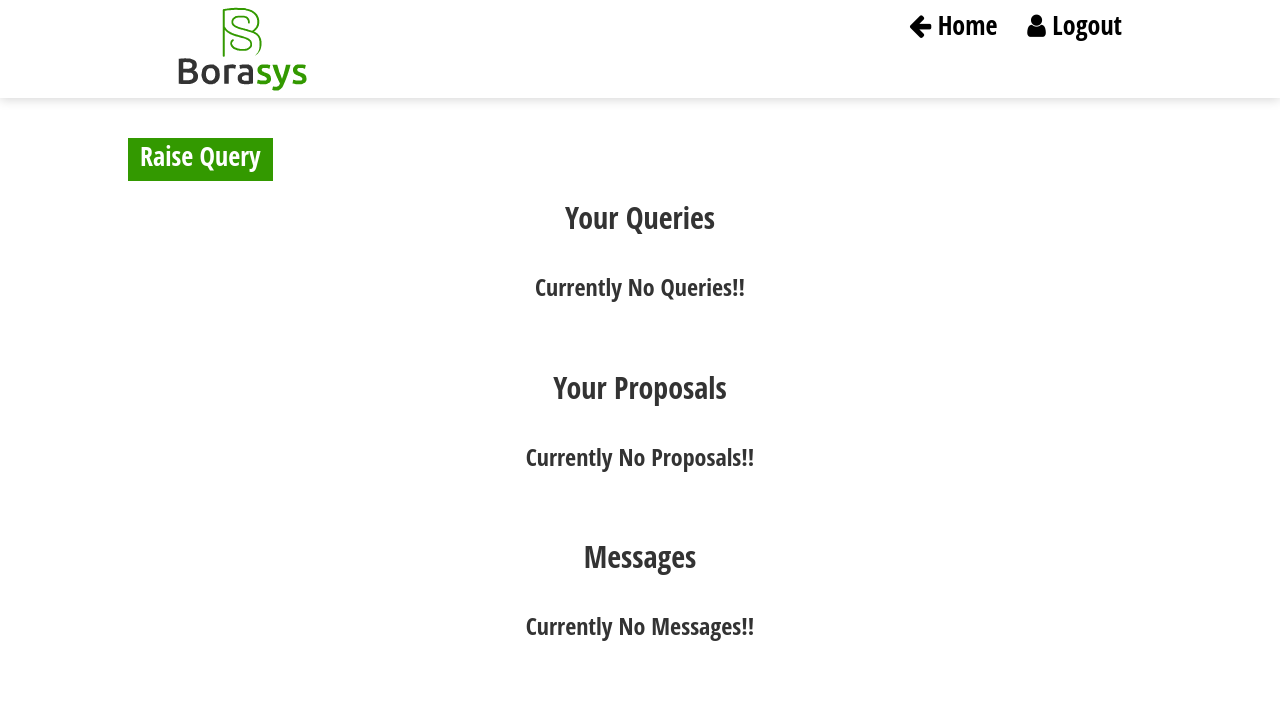
Repository: intkhabahmed/AcceleratedBootcampWebsites
Page: http://localhost/BoraSys/UI/profile.jsp
These files come from the project's save history. The page is drawn as it stood at one moment and after the next save; the edit follows.
The browser window is 1280 px wide. The pictures show the whole page.
Some web fonts or font styles are not loaded; a fallback is used. The page is served by Tomcat 9. Nobody is signed in. The application's start-up code is not run. Other server files are loaded and not shown. The template is opened directly, without the code that normally fills it, so the values that code supplies are empty.

Above is the page before, as saved 2018-02-12 06:50:54.

### BoraSys/WebContent/UI/profile.jsp
<%@ page language="java" contentType="text/html; charset=ISO-8859-1"
    pageEncoding="ISO-8859-1"%>
<%@taglib uri="http://java.sun.com/jsp/jstl/core" prefix="c" %>
<%@taglib uri="http://java.sun.com/jstl/fmt" prefix="fmt" %>
<!DOCTYPE html PUBLIC "-//W3C//DTD HTML 4.01 Transitional//EN" "http://www.w3.org/TR/html4/loose.dtd">
<html>
<head>
	<meta http-equiv="Content-Type" content="text/html; charset=ISO-8859-1">
	<title>MyProfile</title>
	<meta name="viewport" content="width=device-width, initial-scale=1.0">
	<link rel="stylesheet" type="text/css" href="css/bootstrap.min.css">
	<link rel="stylesheet" type="text/css" href="css/font-awesome.min.css">
	<link rel="stylesheet" type="text/css" href="css/custom.css">
	<link href='https://fonts.googleapis.com/css?family=Open Sans Condensed:300' rel='stylesheet'>
</head>
<body>
	<div id="profile_logo_container">
		<div class="container">
			<div class="col-sm-6">
				<a id="profileLogo" href="index.html"><img src="images/BS_logo.png" alt="Financial Expert Ltd"></a>
			</div>
			<div class="col-sm-6">
				<ul class="nav navbar-nav navbar-right">
					<li><a href="index.html" ><i class="fa fa-arrow-left"></i> Home</a></li>
					<li><a href="logout.html" ><i class="fa fa-user"></i> Logout</a></li>
				</ul>
			</div>
		</div>
	</div>

<div class="container">
	<div class="row" id="QuerySection">
		<hr>
		<button id="raiseQuery_btn" class="btn btn-info">Raise Query</button>
		<h2 align="center">Your Queries</h2>
		<hr>
		<c:if test="${queries ne null}">
			<table class="table table-bordered">
			<tr>
				<th>Receiver Name</th>
				<th>Query</th>
				<th>Query Date</th>
				<th>Answer</th>
				<th>Status</th>
			</tr>

			<c:forEach items="${queries}" var="q">
				<tr>
					<td>${q.receiver}</td>
					<td>${q.query}</td>
					<td>${q.queryDate}</td>
					<td>${q.reply}</td>
					<td>
					<c:if test="${q.reply eq null }">
						<span class="error">Pending!!</span>
					</c:if>
					<c:if test="${q.reply ne null}">
						<span class="success">Solved!!</span>
					</c:if>
					</td>
				</tr>
			</c:forEach>
		</table>
		</c:if>
		<c:if test="${queries eq null}">
			<h3 class="text-center">Currently No Queries!!</h3>
		</c:if>
	</div>
	<hr>
	<div class="row" id="ProposalSection">
		<h2 class="text-center">Your Proposals</h2>
		<hr>
		<c:if test="${proposals ne null}">
		<table class="table table-bordered">
			<tr>
				<th>Submitted To</th>
				<th>Proposal File Name</th>
				<th>Proposal Date</th>
				<th>Action</th>
			</tr>
			<c:forEach items="${proposals}" var="proposal">
				<tr>
					<td>${proposal.companyName}</td>
					<td>${proposal.fileName}</td>
					<td>${proposal.proposalDate}</td>
					<td><a href="downloadProposal.html?proposalId=${proposal.proposalId}" target="_blank"
					class="btn btn-info">Download</a></td>
				</tr>
			</c:forEach>
		</table>
		</c:if>
		<c:if test="${proposals eq null}">
			<h3 class="text-center">Currently No Proposals!!</h3>
		</c:if>
	</div>
	<hr>
	<div class="row" id="MessageSection">
		<h2 class="text-center">Messages</h2>
		<hr>
		<c:if test="${messages ne null}">
		<table class="table table-bordered">
			<tr>
				<th>Received From</th>
				<th>Received on</th>
				<th>Message</th>
			</tr>
			<c:forEach items="${messages}" var="message">
				<tr>
					<td>${message.sender}</td>
					<td>${message.messageDate}</td>
					<td>${message.message}</td>
				</tr>
			</c:forEach>
		</table>
		</c:if>
		<c:if test="${messages eq null}">
			<h3 class="text-center">Currently No Messages!!</h3>
		</c:if>
	</div>
</div>
<div class="overlay"></div>
<div id="queryWindow">
		<h2 align="center">Query Form</h2>
		<form class="form-vertical" method="post" action="askQuery.html" id="query_form">
			<div class="form-group">
				<label class="form-label" for="receiver">Choose Company</label>
				<br><input type="radio" name="receiver" required="required"
					 value="BeneesFradia"/> BeneesFradia &nbsp;&nbsp;
				<input type="radio" name="receiver" value="QuickgunHeadley"/> QuickgunHeadley <br>
			</div>
			<div class="form-group">
				<textarea rows="4" class="form-control" placeholder="Enter the query" name="query"></textarea>
				<input type="submit" name="querySubmit_btn" id="querySubmit_btn" value="Send" class="form-control btn btn-default" />
			</div>
		</form>
</div>

<script type="text/javascript" src="js/jquery-3.1.0.min.js"></script>
<script type="text/javascript" src="js/bootstrap.min.js"></script>
<script type="text/javascript" src="js/custom.js"></script>
<c:if test="${successMessage ne null}">
<%-- 	<div class="alert alert-success" role="alert">"${successMessage}"</div> --%>
	<script>
		alert("${successMessage}");
	</script>
</c:if>
</body>
</html>

### BoraSys/WebContent/css/custom.css
/****************************Common CSS**************************/

.padding-10x{
	padding: 10px;
}
.padding-5x{
	padding: 5px;
}
.padding-20x{
	padding: 20px;
}

.center{
	display: block;
	margin: 0 auto;
}
.no-margin {
	margin: 0;
}
.error {
	color: red;
}
.success {
	color: #5cb85c;
}
#errorBlock{
	position: absolute;
	top: 15%;
	width: 100%;
}
body {
	font-family: Open Sans Condensed !important;
	font-size: 20px !important;
}
.dropdown-menu {
	font-size: 18px;
    background-color: #000;
    opacity: 0.7;
    border: 1px solid #ccc;
    border: 1px solid rgba(0,0,0,.15);
    border-radius: 0px;
    top: 110%;
}
.dropdown-menu li a{
	color: #ffffff;
}
.dropdown-menu li a:hover {
	color: #339900;
	background: #000000;
	opacity: 1;
}
.dropdown> a{
	max-height: 36px;
}

input, button, .form-control, .btn {
	border-radius: 0px !important;
}

input[type=submit]:hover, .btn:hover {
	color: #333333;
}
p {
    margin: 0 10px;
}
/***********************Index Page*********************************/
hr {
	border-top: none;
}
#home {
	padding-top: 94px;
}
#formContainer {
	border-radius: 15px;
	padding: 10px;
	z-index: 1;
}

#login_btn_cover {
	padding: 3px;
}

#homeBannerImage{
	min-height: 370px;
	z-index: 1;
}

@media screen and (min-width: 991px){
	.navbar-custom-fitting {
		width: 100%;
	}
	.container {
		max-width: 1024px;
	}

	.navbar-brand {
		padding: 10px !important;
		height: auto;
	}
	#main-nav {
		margin-top: 39px;
		height: 53px;
		padding-top: 30px;
	}
	nav> .container {
		height: auto;
	}

	.carousel {
		width: 100%;

	}
	.carousel-inner>.item>img {
		width: 100%;
	}
	#loginWindow {
		width: 30vw;
		left: 35vw;
	}
	#uploadWindow {
		width: 40vw;
		left: 30vw;
	}
	#queryWindow {
		width: 30vw;
		left: 35vw;
	}
}

@media screen and (min-width: 768px) and (max-width: 990px){
	#main-nav {
		height: 40px;
		padding-top: 23px;
		margin-top: 30px;
	}

	.navbar-custom-fitting {
		width: 100%;
	}
	.navbar-brand {
		padding: 10px !important;
    	height: auto;
	}
	#login_button {
		margin-bottom: 2px;
	}
	nav> .container {
		height: 92px;
	}
	.carousel {
		width: 100%;
		height: 60vh;
	}
	.carousel-inner>.item>img {
		width: 100%;
		height: 60vh;
	}
	.container {
		max-width: 100%;
		width: 100%;
	}
	#loginWindow {
		width: 40vw;
		left: 35vw;
	}
	#uploadWindow {
		left: 30vw;
		width: 40vw;
	}
	#queryWindow {
		width: 40vw;
		left: 35vw;
	}
}

@media screen and (max-width: 767px){
	nav> .container {
		padding: 2px;
		width: 100%;
		height: auto;
	}

	.navbar-custom-fitting {
		width: 100%;
	}
	.navbar-brand {
		padding: 0px 25px !important;
	}
	.navbar-header {
		height: 90px;
	}
	#main-nav {
		margin-top: 39px;
		background-color: #ffffff;
   	 	padding: 15px;

	}
	#login_button {
		margin: 5px 15px;
	}
	.carousel {
		width: 100%;
		height: 50vh;
		margin: 0 auto;
	}
	.carousel-inner>.item>img {
		width: 100%;
		height: 50vh;
	}
	.container {
		max-width: 100%;
		width: 100%;
	}
	#loginWindow, #uploadWindow, #queryQindow {
		width: 100%;
	}
	#shortcut_links .col-sm-4 img {
		display: block;
		margin: 0 auto;
		width: 100%;
	}
	.navbar-toggle {
		margin-top: 30px;
    	margin-right: 45px;
	}
}
.navbar-nav {
	font-size: 26px !important;
}
#login_button {
	cursor: pointer;
	margin-left: 5px;
}
.navbar-nav> .active a {
	border-bottom: 2px solid #339900 ;
	color: #339900 !important;
	background-color: transparent !important;
}

.navbar {
	border-radius: 0px;
}

.navbar-custom {
	background: #FFFFFF;
}

.navbar-nav a {
	transition: all 0.5s ease-in-out;
}

.contact-form-fields input {
	margin: 3px 0;
}

.navbar-nav a{
	color: #000000;
}

.navbar-custom-fitting {
	position: fixed;
	top: 0;
	z-index: 1030;
	box-shadow: -1px 1px 11px 0px #d2d2d2;
}

.navbar-nav>li>a {
	padding: 8px 15px !important;
}

/***********************UserProfile Page*********************************/
.navbar-toggle>.icon-bar {
	background-color: #000000;
}
.navbar-toggle {
	border-color: #000000;
}
.navbar-toggle:hover {
	border-color: #333333;
	background-color: #eeeeee;
}

/***********************Footer******************************************/
#footer {
	background: #282727;
	color: #c7c7c7;
	width: 100%;
	padding: 15px;
}

#footerSpace{
	margin-top: 65px;
}

/***********************Error Page*********************************/
#errorBlock{
	position: absolute;
	top: 15%;
	width: 100%;
}

/***********************Login Modal View*********************************/
.overlay {
	position: fixed;
	top: 0;
	left: 0;
	width: 100%;
	opacity: 0.7;
	min-height: 100%;
	display: none;
	background-color: #000000;
	z-index: 1031;
	cursor: pointer;
}
#loginWindow, #uploadWindow, #queryWindow {
	position: fixed;
	top: 25vh;
	z-index: 1032;
	opacity: 1;
	display: none;
	color: #ffffff;
	background-color: #339900;
	padding: 10px;
}
#loginWindow a {
	color: #eeeeee;
}

#login_form input, #upload_form input, #query_form input{
	margin: 10px 0;

}

textarea {
    resize: none;
}

#left-control-button, #right-control-button {
	padding-bottom: 5px;
	background-color: #ffffff;
	color: #000000;
}

#aboutus {
	padding: 10px;

}
#aboutus h2 {
	color: #339900;
}
.carousel-control {
	top: 50%;
}
.carousel-control.left, .carousel-control.right {
	background-image: none;
}

#downarrow {
	position: absolute;
	bottom: 40px;
	left: 50%;
	z-index: 1;
}


#profile_logo_container {
	box-shadow: 0px 1px 11px 0px #d2d2d2;
	padding: 5px;
	width: 100%;
}
#login_btn, #querySubmit_btn, #proposalSubmit_btn {
	background: #ffffff !important;
}
#login_btn:hover, #querySubmit_btn:hover, #proposalSubmit_btn:hover {
	color: #339900;
}
input[type=submit], .btn {
	font-size: 26px;
	padding-top: 0px;
	border: 0px;
	background: #339900;
}
input[type=submit]:active, .btn:active {
	background: #339900 !important;
}
input[type=submit]:hover, .btn:hover {
	background: #339900;
	color: #eeeeee;
}

### BoraSys/WebContent/js/custom.js
$(function(){
	$("nav a").click(function(){
		$('html, body').animate({
        scrollTop: $(this.hash).offset().top
    }, 1500);
    return false;
	});

	$("nav a").click(function(){
		$("nav li").removeClass("active");
		$(this).parent().addClass("active");
	});


	$(".overlay").on('click', function(){
		$(this).fadeOut();
		$("#loginWindow").fadeOut();
		$("#uploadWindow").fadeOut();
		$("#queryWindow").fadeOut();
	});

	$("#uploadForm, #uploadForm_shortcut").on('click', function(){
		$(".overlay").fadeIn();
		$("#uploadWindow").fadeIn();
		return false;
	});

	$("#raiseQuery_btn").on('click', function(){
		$(".overlay").fadeIn();
		$("#queryWindow").fadeIn();
	});

	$(".carousel-control.left").mouseenter(function(){
		$("#left-indicator img").attr("src", "images/leftarrow_ro.png");
	});
	$(".carousel-control.right").mouseenter(function(){
		$("#right-indicator img").attr("src", "images/rightarrow_ro.png");
	});

	$(".carousel-control.left").mouseleave(function(){
		$("#left-indicator img").attr("src", "images/leftarrow.png");
	});
	$(".carousel-control.right").mouseleave(function(){
		$("#right-indicator img").attr("src", "images/rightarrow.png");
	});

	$("#proposalSubmit_btn").bind('click', function(){
		var input = document.getElementById("fileInput");
		if(input.files[0].size >= 10485760){
			alert("File size should be less than 10MB");
			return false;
		}else{
			$("#upload_form").attr("action", "uploadFile.html");
			return true;
		}
	});

	$("#login_button img").mouseenter(function(){
		$(this).attr("src", "images/loginbtn_over.png");
	});
	$("#login_button img").mouseleave(function(){
		$(this).attr("src", "images/loginbtn.png");
	});

	$("#forgotPass").click(function(){
		alert("Please Contact Support Team");
	});

	$("#deleteQuery_btn").click(function(){
		$("#confirmWindow").fadeIn();
	});

	$("#cancel_btn").click(function(){
		$("#confirmWindow").fadeOut();
	});

});
function showLoginPage(){
	$(".overlay").fadeIn();
	$("#loginWindow").fadeIn();
}
function showAlert(value){
	alert(value.text());
}

Loaded but not shown: BoraSys/WebContent/css/bootstrap.min.css (library); BoraSys/WebContent/css/font-awesome.min.css (library); BoraSys/WebContent/js/jquery-3.1.0.min.js (library); BoraSys/WebContent/js/bootstrap.min.js (library)

After the next save:
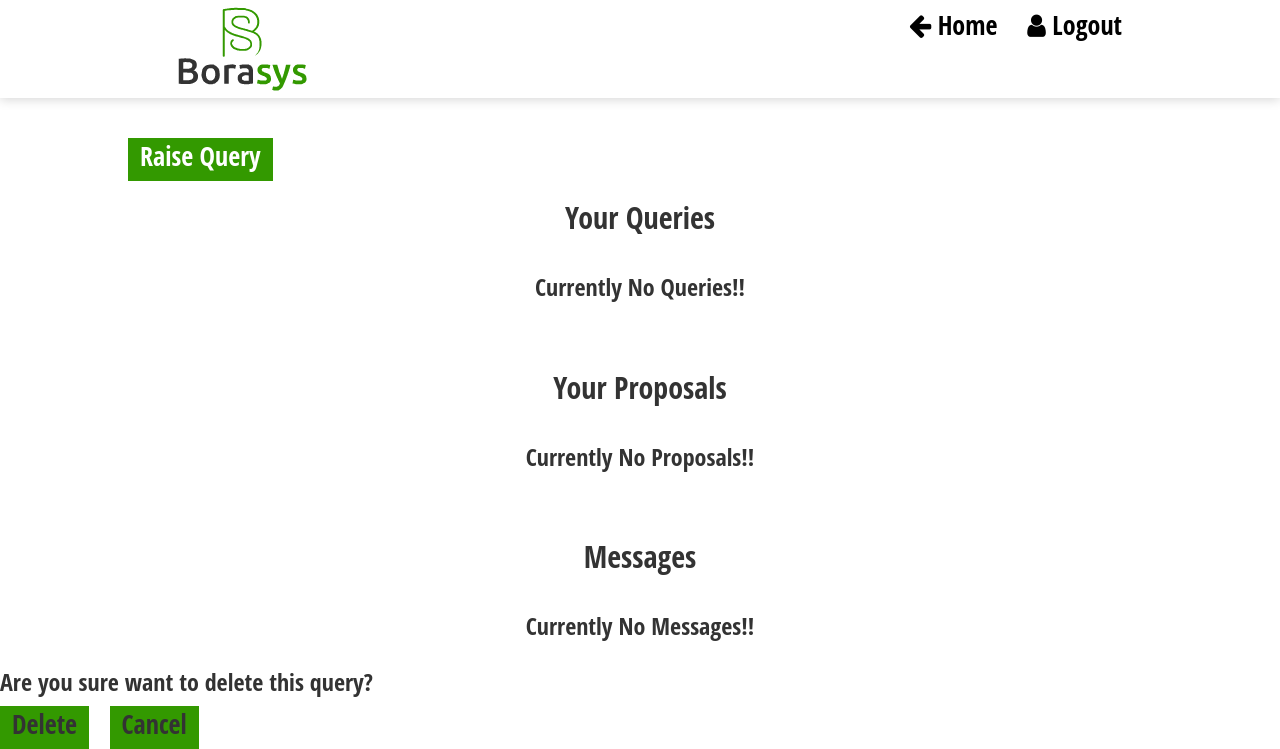
Saved 5 min 8 s later.
--- a/BoraSys/WebContent/UI/profile.jsp
+++ b/BoraSys/WebContent/UI/profile.jsp
@@ -134,7 +134,13 @@
 			</div>
 		</form>
 </div>
-
+<div id="confirmWindow">
+	<h3>Are you sure want to delete this query?</h3>
+	<div class="center">
+		<a href="deleteQuery.html" id="deleteQuery_btn" class="btn btn-default">Delete</a>&nbsp;&nbsp;&nbsp;
+		<button id="cancel_btn" class="btn btn-default">Cancel</button>
+	</div>
+</div>
 <script type="text/javascript" src="js/jquery-3.1.0.min.js"></script>
 <script type="text/javascript" src="js/bootstrap.min.js"></script>
 <script type="text/javascript" src="js/custom.js"></script>
